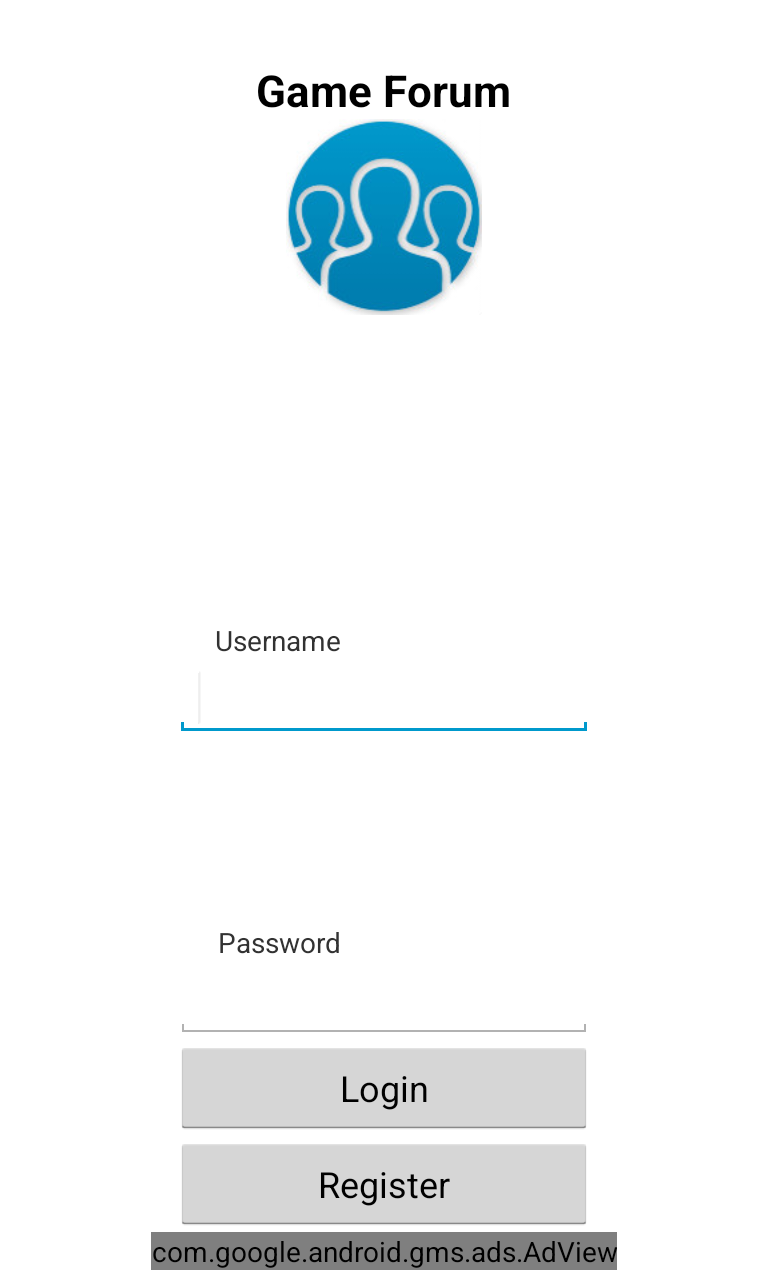
Repository: yuanpeixin/Project
Layout: GameForum/res/layout/login.xml
The author's editor kept a copy of each file at every save. The layout is drawn from the files as they stood at one save, then again after the next save.
Pictures or frames that could not be fetched are drawn as grey boxes. It is drawn on a 768 x 1280 px phone screen (xhdpi) without system bars, with theme AppTheme; the app's code is not run.

Above is the layout before, as saved 2015-10-07 04:58:57.

After the next save:
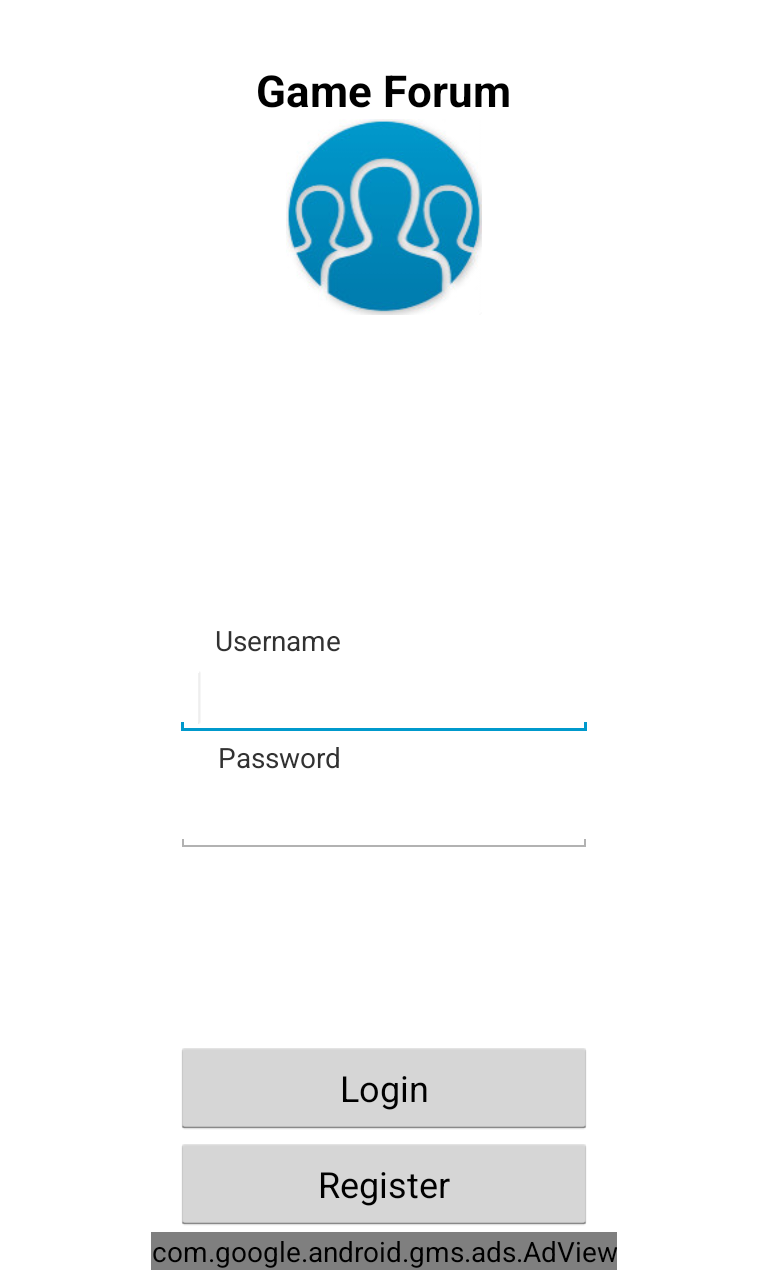
Saved 66 s later.
--- a/GameForum/res/layout/login.xml
+++ b/GameForum/res/layout/login.xml
@@ -38,7 +38,7 @@
         android:id="@+id/password"
         android:layout_width="wrap_content"
         android:layout_height="wrap_content"
-        android:layout_above="@+id/login"
+        android:layout_below="@+id/TextView01"
         android:layout_centerHorizontal="true"
         android:ems="10"
         android:inputType="textPassword" >
@@ -68,7 +68,7 @@
         android:id="@+id/TextView01"
         android:layout_width="wrap_content"
         android:layout_height="wrap_content"
-        android:layout_above="@+id/password"
+        android:layout_below="@+id/username"
         android:layout_alignLeft="@+id/password"
         android:layout_marginLeft="22dp"
         android:text="Password" />
